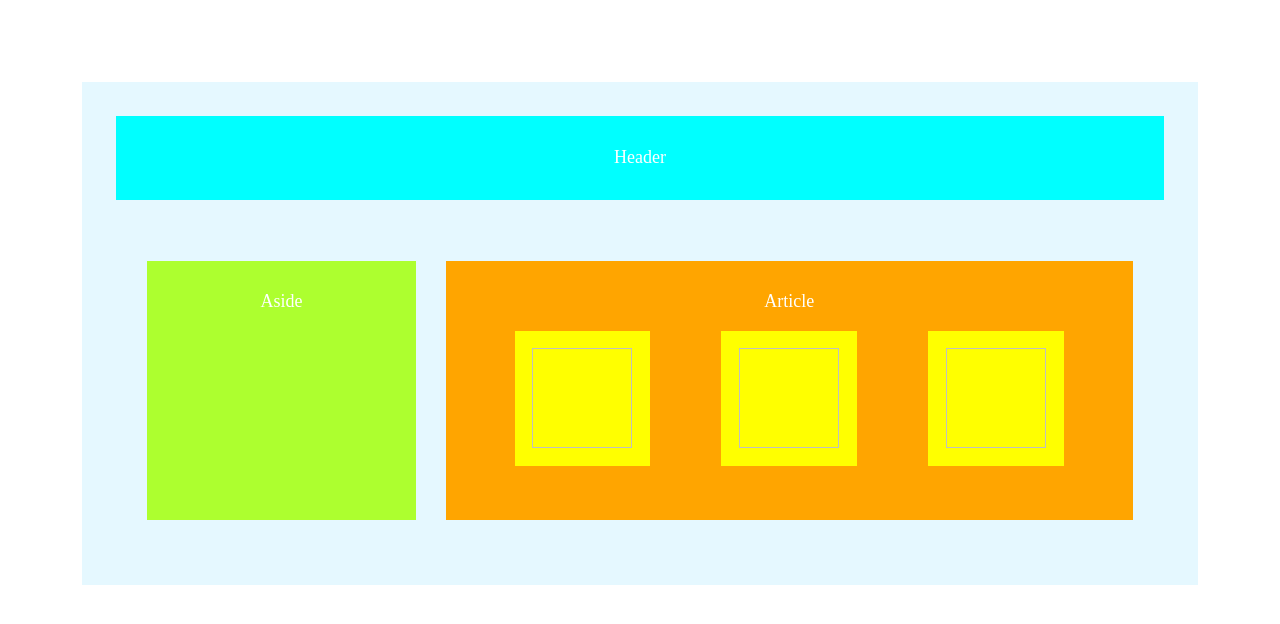
Repository: punitbathija/Placement-Assitance-iNeuron
Page: layout.html
These files come from the project's save history. The page is drawn as it stood at one moment and after the next save; the edit follows.
The browser window is 1280 px wide. The pictures show the whole page.

Above is the page before, as saved 2023-05-23 12:56:26.

### layout.html
<!DOCTYPE html>
<html lang="en">
  <head>
    <meta charset="UTF-8" />
    <meta http-equiv="X-UA-Compatible" content="IE=edge" />
    <meta name="viewport" content="width=device-width, initial-scale=1.0" />
    <title>Document</title>
    <!-- <link rel="stylesheet" href="layout.css" /> -->
    <style>
      * {
        padding: 3%;
        gap: 30px;
        text-align: center;
        color: white;
        font-size: 18px;
      }

      .main {
        display: flex;
        flex-direction: column;
        background-color: rgb(229, 248, 255);
      }

      .cyan {
        background-color: cyan;
      }

      .blue {
        display: flex;
      }

      .green {
        flex: 1;
        height: 200px;
        background-color: greenyellow;
      }

      .orange {
        flex: 3;
        background-color: orange;
      }

      .article {
        display: flex;
        justify-content: space-around;
      }

      .yellow {
        height: 100px;
        width: 100px;
        background-color: yellow;
      }
    </style>
  </head>
  <body>
    <main class="blue main">
      <header class="cyan">Header</header>
      <section class="blue">
        <aside class="green">Aside</aside>
        <article class="orange">
          Article
          <section class="article">
            <img class="yellow" / >
            <img class="yellow" />
            <img class="yellow" />
          </section>
        </article>
      </section>
    </main>
  </body>
</html>

After the next save:
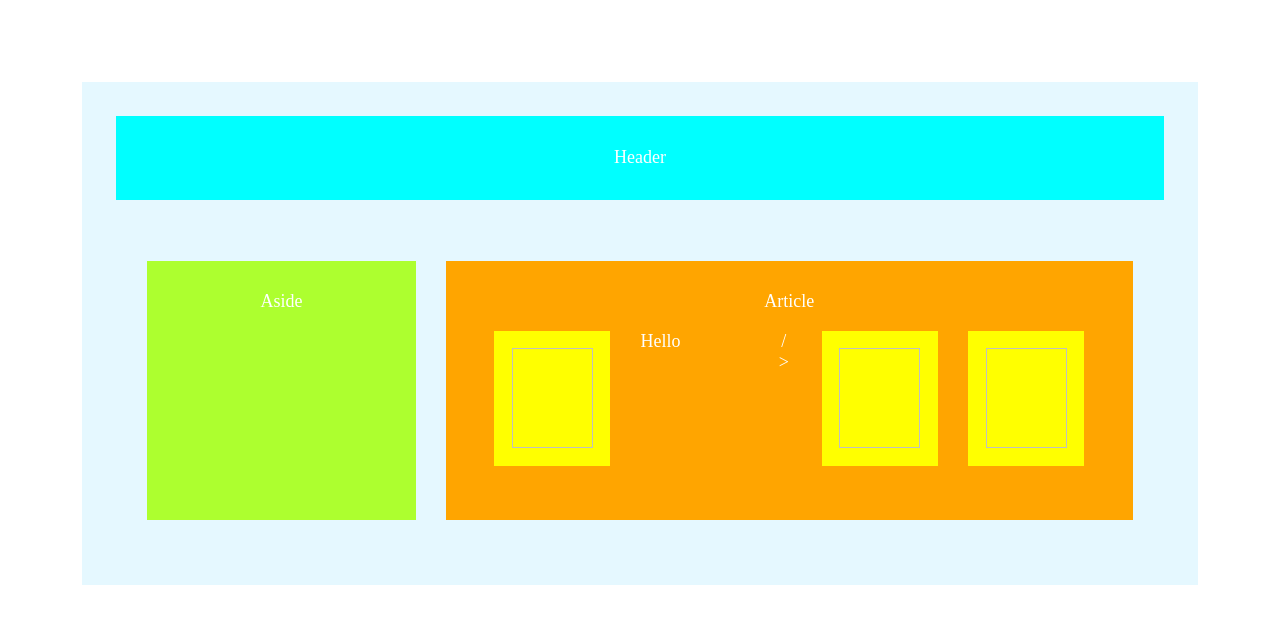
Saved 46 s later.
--- a/layout.html
+++ b/layout.html
@@ -60,7 +60,7 @@
         <article class="orange">
           Article
           <section class="article">
-            <img class="yellow" / >
+            <img class="yellow" <p>Hello</p> / >
             <img class="yellow" />
             <img class="yellow" />
           </section>

After the save that followed:
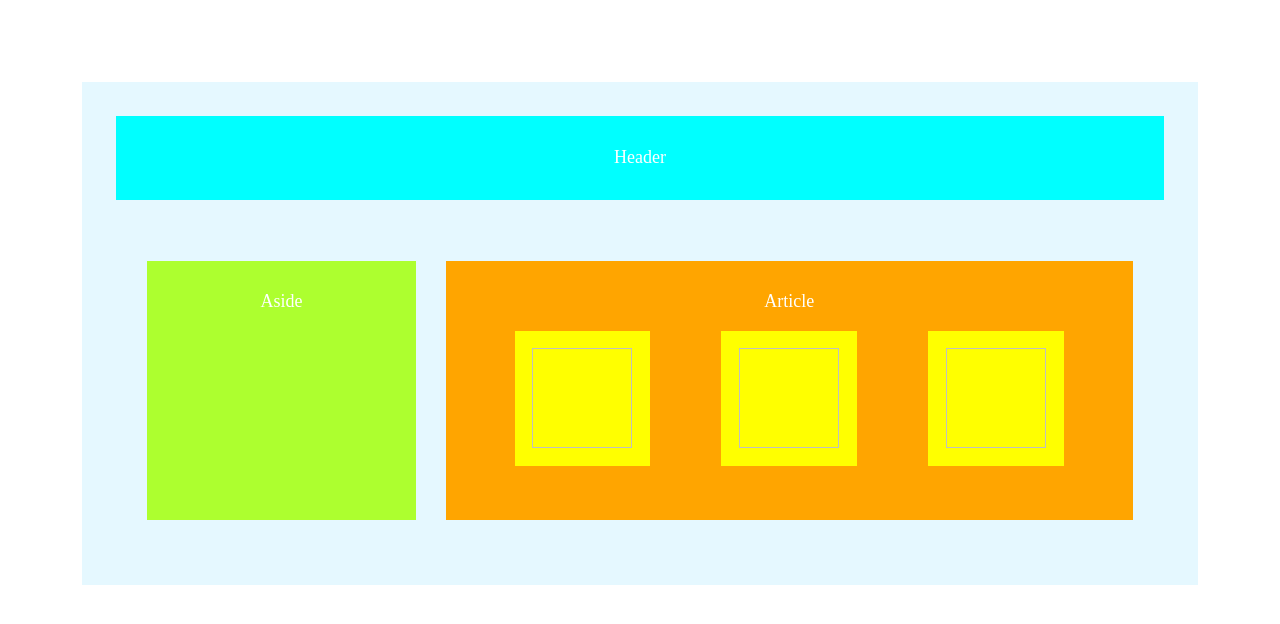
Saved 5 s later.
--- a/layout.html
+++ b/layout.html
@@ -60,7 +60,7 @@
         <article class="orange">
           Article
           <section class="article">
-            <img class="yellow" <p>Hello</p> / >
+            <img class="yellow" / >
             <img class="yellow" />
             <img class="yellow" />
           </section>
